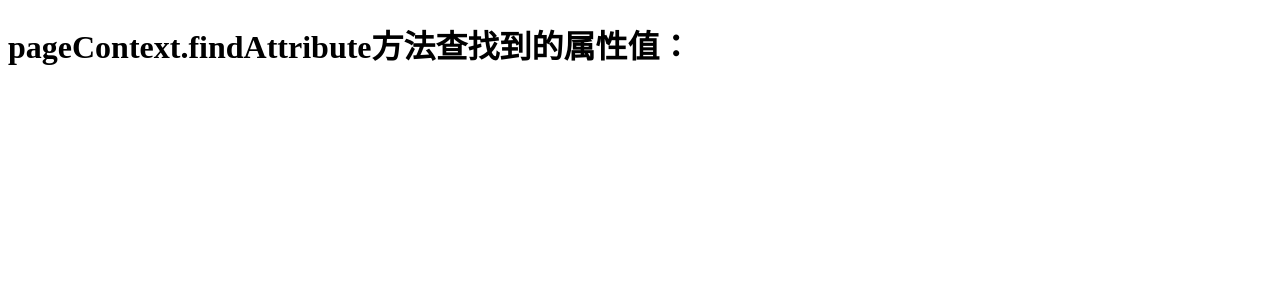
Repository: frankstar007/java
Page: http://localhost/Servlet_Study/pageContextDemo3.jsp
The author's editor kept a copy of each file at every save. The page is drawn from the files as they stood at one save, then again after the next save.
The browser window is 1280 px wide. The pictures show the whole page.
The page is served by Tomcat 9. Nobody is signed in. The application's start-up code is not run. Other server files are loaded and not shown.

Above is the page before, as saved 2016-05-03 01:25:26.

### Servlet_Study/WebContent/pageContextDemo3.jsp
<%@ page language="java" contentType="text/html; charset=UTF-8"
    pageEncoding="UTF-8"%>
<!DOCTYPE html PUBLIC "-//W3C//DTD HTML 4.01 Transitional//EN" "http://www.w3.org/TR/html4/loose.dtd">
<html>
<head>
<meta http-equiv="Content-Type" content="text/html; charset=UTF-8">
<title>pageContext的查找属性值</title>
</head>
<%
	pageContext.setAttribute("name1", "叶红星");
	request.setAttribute("name2", "叶红胜");
	session.setAttribute("name3", "李舒雅");
	application.setAttribute("name4", "陈刚");
%>
<%
	String name11 = (String)pageContext.findAttribute("name1");
	String name22 = (String)pageContext.findAttribute("name2");
	String name33 = (String)pageContext.findAttribute("name3");
	String name44 = (String)pageContext.findAttribute("name4");
	String name55 = (String)pageContext.findAttribute("name5");
%>
<body>
	<h1>pageContext.findAttribute方法查找到的属性值：</h1>
</body>
</html>

After the next save:
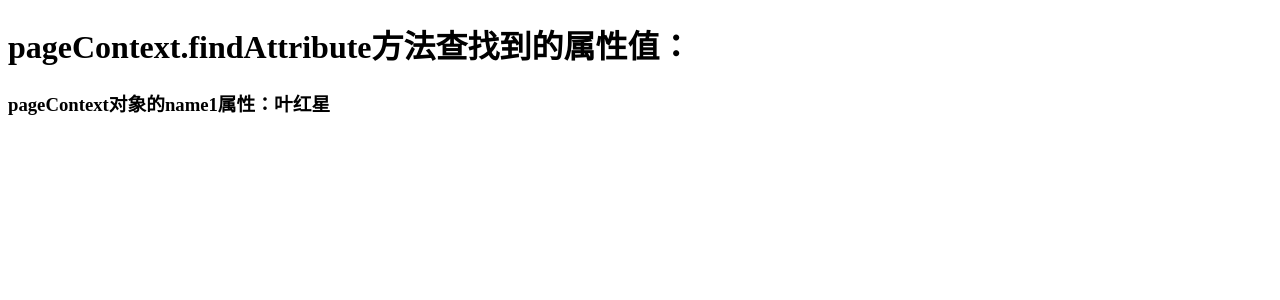
Saved 24 s later.
--- a/Servlet_Study/WebContent/pageContextDemo3.jsp
+++ b/Servlet_Study/WebContent/pageContextDemo3.jsp
@@ -21,5 +21,6 @@
 %>
 <body>
 	<h1>pageContext.findAttribute方法查找到的属性值：</h1>
+	<h3>pageContext对象的name1属性：<%=name11%></h3>
 </body>
 </html>
